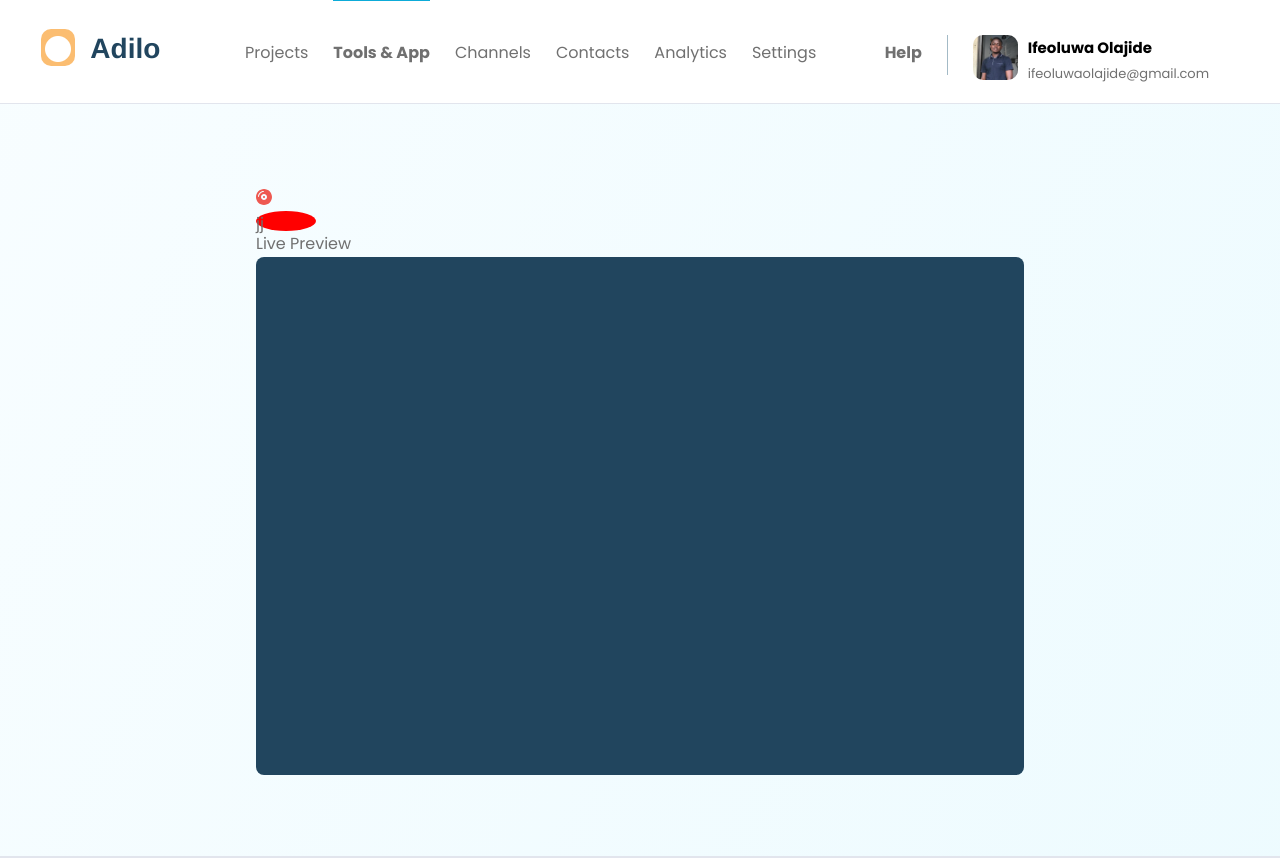
Repository: olhighjay/video_recorder
Page: /
The author's editor kept a copy of each file at every save. The page is drawn from the files as they stood at one save, then again after a run of saves.
The browser window is 1280 px wide. The pictures show the whole page.
Some web libraries are served in a nearby version. The project was rebuilt for these pictures with package versions that can differ from the ones it lists, and the page was loaded fresh each time. Also part of the build but not shown: vue.config.js, src/components/DataTable.vue, src/components/EmptyRecorded.vue.

Above is the page before, as saved 2022-07-29 11:58:06.

### public/index.html
<!DOCTYPE html>
<html lang="">
  <head>
    <meta charset="utf-8">
    <meta http-equiv="X-UA-Compatible" content="IE=edge">
    <meta name="viewport" content="width=device-width,initial-scale=1.0">
    <link rel="icon" href="<%= BASE_URL %>favicon.ico">
    <title><%= htmlWebpackPlugin.options.title %></title>
    <link rel="stylesheet" href="https://cdn.jsdelivr.net/npm/bootstrap@4.0.0/dist/css/bootstrap.min.css" integrity="sha384-Gn5384xqQ1aoWXA+058RXPxPg6fy4IWvTNh0E263XmFcJlSAwiGgFAW/dAiS6JXm" crossorigin="anonymous">
    <link rel="stylesheet" href="https://cdnjs.cloudflare.com/ajax/libs/font-awesome/6.1.2/css/all.min.css" integrity="sha512-1sCRPdkRXhBV2PBLUdRb4tMg1w2YPf37qatUFeS7zlBy7jJI8Lf4VHwWfZZfpXtYSLy85pkm9GaYVYMfw5BC1A==" crossorigin="anonymous" referrerpolicy="no-referrer" />
  </head>
  <body>
    <noscript>
      <strong>We're sorry but <%= htmlWebpackPlugin.options.title %> doesn't work properly without JavaScript enabled. Please enable it to continue.</strong>
    </noscript>
    <div id="app"></div>
    <!-- built files will be auto injected -->

    <script src="https://cdnjs.cloudflare.com/ajax/libs/font-awesome/6.1.2/js/all.min.js" integrity="sha512-8pHNiqTlsrRjVD4A/3va++W1sMbUHwWxxRPWNyVlql3T+Hgfd81Qc6FC5WMXDC+tSauxxzp1tgiAvSKFu1qIlA==" crossorigin="anonymous" referrerpolicy="no-referrer"></script>
    <script src="https://code.jquery.com/jquery-3.2.1.slim.min.js" integrity="sha384-KJ3o2DKtIkvYIK3UENzmM7KCkRr/rE9/Qpg6aAZGJwFDMVNA/GpGFF93hXpG5KkN" crossorigin="anonymous"></script>
    <script src="https://cdn.jsdelivr.net/npm/popper.js@1.12.9/dist/umd/popper.min.js" integrity="sha384-ApNbgh9B+Y1QKtv3Rn7W3mgPxhU9K/ScQsAP7hUibX39j7fakFPskvXusvfa0b4Q" crossorigin="anonymous"></script>
    <script src="https://cdn.jsdelivr.net/npm/bootstrap@4.0.0/dist/js/bootstrap.min.js" integrity="sha384-JZR6Spejh4U02d8jOt6vLEHfe/JQGiRRSQQxSfFWpi1MquVdAyjUar5+76PVCmYl" crossorigin="anonymous"></script>
  </body>
</html>

### src/App.vue
<template>
  <div>
    <navbar></navbar>
    <div id="main-flex">
      <div v-if="false" class="my-sidebar">
        <ul class="my-sidebar-items">
            <li class="sidebar-item-active"> <img src="./assets/video-player.png" alt=""> &nbsp; My Recordings</li>
            <li> <i class="fa fa-share-alt" style="color:#102346"></i> &nbsp; Requested</li>
        </ul>
      </div>
      <div v-if="false" class="my-main">
        <div class="my-main-container">
          <div><small class="breadcrumbs">Snapbyte <i class="fa fa-angle-right" style="font-weight:200"></i> My Recordings</small></div>
          <div class="subheading-tab">
            <div> <span class="my-recordings">My Recordings </span><span class="my-recordings-count">25</span> </div>
            <div>
              <button class="sub-heading-btn white-btn">
                <i class="fa fa-long-arrow-down" aria-hidden="true"></i>
                <i class="fa fa-long-arrow-up" aria-hidden="true"></i>
                By Date
              </button>
              <button class="sub-heading-btn white-btn">
                <i class="fa-solid fa-filter"></i>
                Add Filter
              </button>
              <button class="sub-heading-btn blue-btn">
                <i class="fa fa-video"></i>
                New Request
              </button>
              <button class="sub-heading-btn red-btn">
                <span class="rec">REC</span>
                Start Recording
              </button>
            </div>
          </div>

          <empty-recorded></empty-recorded>

          <data-table v-if="true"></data-table>
          <!-- Button trigger modal -->
<button type="button" class="btn btn-primary" data-toggle="modal" data-target="#recordOptions">
Launch demo modal
</button>

<!-- Modal -->
<div class="modal fade" id="recordOptions" tabindex="-1" role="dialog" aria-labelledby="recordOptions" aria-hidden="true">
<div class="modal-dialog modal-dialog-centered" role="document">
  <div class="modal-content">
    <div class="modal-header">
      <h5 class="my-modal-title">New Recording</h5>
      <button type="button" class="close" data-dismiss="modal" aria-label="Close">
        <span aria-hidden="true"><i class="fa fa-xmark"></i></span>
      </button>
    </div>
    <div class="modal-body">
      <p class="save-in">Save the recording in</p>
      <div>
        <select class="save-option">
          <Option value="" key="">Select a project</Option>
          <Option value="" key="">Project 1</Option>
          <Option value="" key="">Project 2</Option>
          <Option value="" key="">Project 3</Option>
          <Option value="" key="">Project 4</Option>
        </select>
      </div>
      <div style="margin-top: 35px;">
        <div class="record">
          <div class="record-name">Record screen</div>
          <div class="record-switch">
            <label class="switch">
              <input type="checkbox">
              <span class="slider round"></span>
            </label>
          </div>
        </div>
        <div class="record">
          <div class="record-name">Record camera</div>
          <div class="record-switch">
            <label class="switch">
              <input type="checkbox">
              <span class="slider round"></span>
            </label>
          </div>
        </div>
        <div class="record">
          <div class="record-name">Record mic</div>
          <div class="record-switch">
            <label class="switch">
              <input type="checkbox">
              <span class="slider round"></span>
            </label>
          </div>
        </div>
      </div>
    </div>
    <div class="text-center">
      <button type="button" class="start-recording-btn">Start Recording</button>
    </div>
  </div>
</div>
</div>
        </div>
      </div>
      <div class="record-page">
        <div>
          <!-- <p style="color:#637C8E"> -->
            <i class="fa fa-compact-disc" style="color:#EE5951"></i>
            <!-- <span> -->
              <div style="background-color:red; border-radius: 50%; height:20px; width:60px">jj</div>
            <!-- </span> -->
            Live Preview
          <!-- </p> -->
          <div class="view-frame">

          </div>
        </div>
      </div>
    </div>
  </div>
</template>

<script>
// import HelloWorld from './components/HelloWorld.vue'
import Navbar from './layouts/Navbar.vue'
import DataTable from '@/components/DataTable'
import EmptyRecorded from '@/components/EmptyRecorded'

export default {
  name: 'App',
  components: {
    Navbar,
    DataTable,
    EmptyRecorded
  }
}
</script>


<style>
 @import url('https://fonts.googleapis.com/css2?family=Poppins:wght@400;500;700&display=swap');

#main-flex {
  display: flex;
  width: 100%;
}

.record-page {
  background: transparent linear-gradient(117deg, #0dacd85d 0%, #eafaff5d 0%, #d3f5fe65 100%) 0% 0% no-repeat padding-box;
  width: 100%;
  padding: 81px 20%;
}
.view-frame {
  margin: 0 auto;
  max-width: 965px;
  height: 518px;
  background: #21455E 0% 0% no-repeat padding-box;
  border-radius: 8px;
}



.my-sidebar {
  flex: 0 0 240px;
  /* width: 20%; */
  /* height: 100%; */
  background-color: #ebf2f656;
  border-right: 2px solid #21455e54;
  /* border-right: 2px solid #21455E; */
  /* width:250px; */
}
.my-sidebar-items {
  list-style: none;
  padding: 20px 0;
}
.my-sidebar-items>li {
  margin : 10px 12px 10px 18px;
  padding: 7px 20px ;
}
.sidebar-item-active {
  background-color: #E2E5ED;
  border: 2px solid #0DABD838;
  border-radius: 10px;
}





.my-main {
  flex: 1;
  flex-wrap: wrap;
}
.my-main-container {
  padding: 1.5% 8.5%;
}
.subheading-tab {
  display: flex;
  justify-content: space-between;
}
.sub-heading-btn {
  padding: 3px 15px;
  border-radius: 20px;
  margin-left: 15px;
  font-size: 14px;
}
.white-btn {
  border: 1px solid #E2E5ED;
  background-color: white;
  color: #637C8E;
}
.blue-btn {
  border: none;
  background-color: #0DABD8;
  color: #fff;
}
.red-btn {
  border: none;
  background-color: #EF5350;
  color: #fff;
}
.my-recordings, .my-recordings-count {
  font-size: 24px;
  color: #000
}
.my-recordings {
  color: #000
}
.my-recordings-count {
  color: #637C8E;
  font-weight: 600;
}
.breadcrumbs {
  color:#637C8E;
}
.rec {
  color:#000;
  background-color:#fff;
  border-radius:50%;
  padding:3px 1px;
  font-size:10px;
}



.save-option {
  width:100%;
  background: #F8FAFB 0% 0% no-repeat padding-box;
  border: 1px solid #E2E5ED;
  border-radius: 8px;
  padding:8px 20px;
}
.modal-dialog {
  max-width: 400px !important;
}
.modal-content {
  padding-bottom: 30px !important;
}
.modal-body {
  padding:30px !important;
}
.my-modal-title {
  color:#000;
  font-size: 22px;
  padding-left: 14px;
}
.record {
  margin-top: 15px;
  display: flex;
  justify-content: space-between;
}
.record-name {
  color: #21455E;
  font-size: 18px;
}
.save-in {
  color:black;
  font-size:16px;
}
.start-recording-btn {
  background: #0DABD8 0% 0% no-repeat padding-box;
  border-radius: 28px;
  font-size:18px;
  padding:5px 55px;
  border: none;
  color:#fff;
}


.switch {
  position: relative;
  top: 10px;
  display: inline-block;
  width: 50px;
  height: 13px;
}

.switch input {
  opacity: 0;
  width: 0;
  height: 0;
}

.slider {
  position: absolute;
  cursor: pointer;
  top: -10px;
  left: 0;
  right: 0;
  bottom: 0;
  background-color: #ccc;
  -webkit-transition: .4s;
  transition: .4s;
}

.slider:before {
  position: absolute;
  content: "";
  height: 15px;
  width: 15px;
  left: 4px;
  bottom: 4px;
  background-color: white;
  -webkit-transition: .4s;
  transition: .4s;
}

input:checked + .slider {
  background-color: #1bd85a;
}

input:focus + .slider {
  box-shadow: 0 0 1px #1bd85a;
}

input:checked + .slider:before {
  -webkit-transform: translateX(26px);
  -ms-transform: translateX(26px);
  transform: translateX(26px);
}

/* Rounded sliders */
.slider.round {
  border-radius: 34px;
}

.slider.round:before {
  border-radius: 50%;
}


button:hover {
  cursor: pointer;
}
#app {
  font-family: Avenir, Helvetica, Arial, sans-serif;
  font: normal normal normal 14px/26px Poppins;
  -webkit-font-smoothing: antialiased;
  -moz-osx-font-smoothing: grayscale;
   /* text-align: center; */
   font-size: 16px;
  color: #707070;
  border-bottom: solid 2px #E2E5ED;
  overflow: hidden;
  /* margin-top: 60px;  */
}


</style>

### src/layouts/Navbar.vue
<template>
    <nav class="">
      <div class="nav-logo-area">
        <div class="nav-logo-area-inner">
          <div class="white-logo-wrap">
            <span class="white-logo-bkg">
            <img alt="Adilo logo" src="../assets/swarm.png">
            </span>
          </div>
          <div class="adilo">Adilo</div>
        </div>
      </div>
      <div class="nav-tab">
        <ul class="my-nav-list">
          <li><a>Projects</a></li>
          <li class="active-nav-item"> <a>Tools & App</a></li>
          <li><a>Channels</a></li>
          <li><a>Contacts</a></li>
          <li><a>Analytics</a></li>
          <li><a>Settings</a></li>
        </ul>
      </div>
      <div class="nav-profile">
        <ul class="my-nav-list">
          <li><a><b>Help</b></a></li>
        </ul>
        <div class="profile-info">
          <div class="profile-border"></div>
          <div >
            <img alt="Profile Image" src="../assets/profile.jpg" class="profile-img">
          </div>
          <div style="margin-left:10px">
            <span class="profile-name">Ifeoluwa Olajide </span>
            <p class="profile-email">ifeoluwaolajide@gmail.com</p>
          </div>
        </div>
      </div>
    </nav>
</template>
<script>
export default {
    name: 'NavbarComponent'
}
</script>
<style>
     nav {
    display: flex;
    /* height: 69px; */
    padding: 0 0.032%;
    border-bottom: solid 1px #E2E5ED;
  }

  .nav-logo-area {
    flex: 0 0 16%;
    padding-left: 3.2%;
    padding-top: 19px;
    padding-bottom: 27px;
  }
  .nav-logo-area-inner {
    display: flex;
  }
  .nav-tab {
    flex: 0 0 50%;
  }
  .nav-profile {
    flex: 0 0 34%;
    display: flex;
  }
  .my-nav-list {
    list-style: none;
    padding-top: 40px;
  }
  .my-nav-list>li {
    display: inline;
    margin-right: 25px;
    padding-top: 40px;
  }
  .my-nav-list>li>a {
    text-align: left;
    /* font: normal normal normal 18px/27px Poppins; */
    letter-spacing: 0px;
    color: #707070;
    opacity: 1
  }
  .white-logo-wrap {
    padding-top:16px;
  }
  .white-logo-bkg {
    background-color:#FBBD71;
    padding:7px 4px;
    border-radius:10px;
  }
  .adilo {
    font: normal normal bold 28px/32px Helvetica;
    font-size:28px;
    margin-left:15px;
    font-weight:bold;
    color:#21455E;
    padding-top:14px;
  }
  .profile-info {
    padding-top:35px;
    display:flex;
  }
  .active-nav-item {
    border-top: 6px solid #0DABD8;
    font-weight: 600;
  }
  .profile-border {
    border-left: 1px solid #A3BAC6;
    padding-left:25px;
    height:40px;
  }
  .profile-img {
    width:45px; height: 45px;
    border-radius:10px;
  }
  .profile-name {
    font-weight:bold;
    font-size:15px;
    color:black;
  }
  .profile-email {
    font-size:13px;
  }
</style>

Loaded but not shown: src/main.js (common file)

After the next 2 saves:
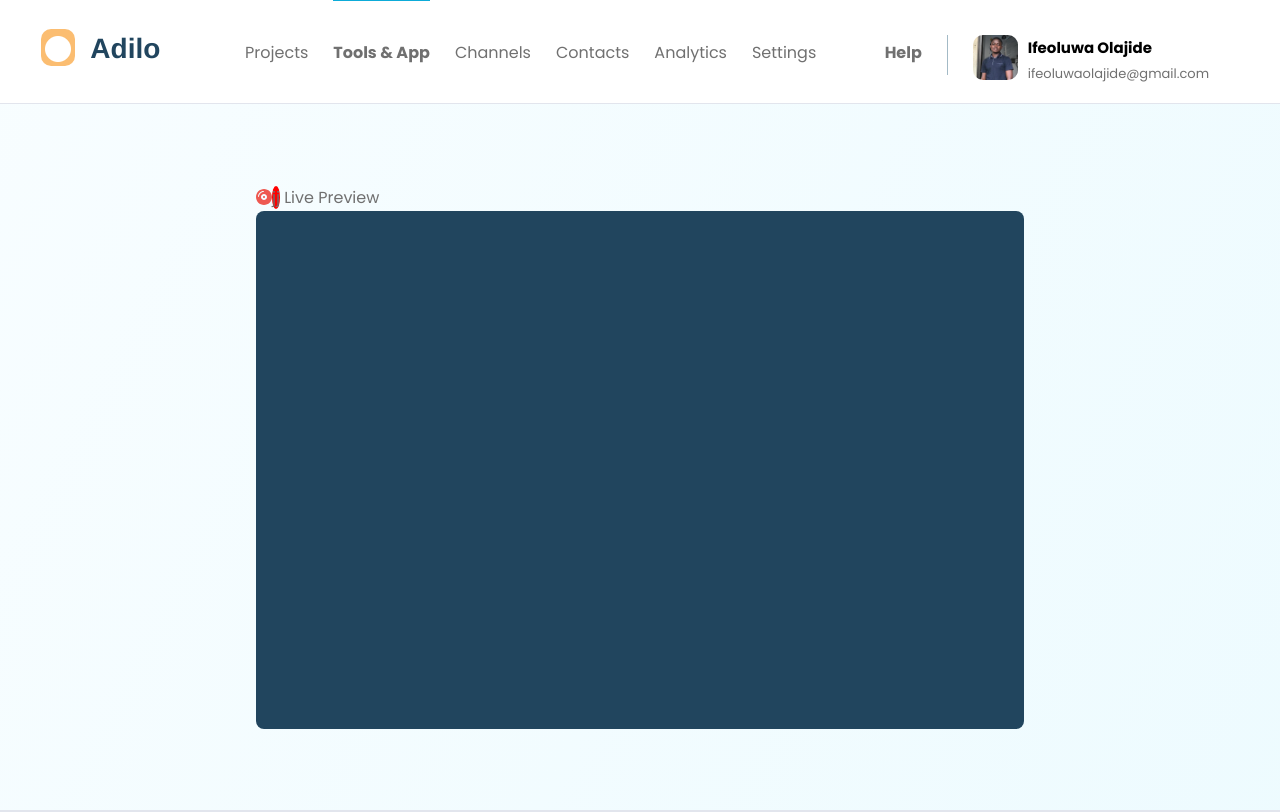
The 2 saves are shown as one change because they came seconds apart.
The last was saved 16 s later.
--- a/src/App.vue
+++ b/src/App.vue
@@ -106,7 +106,7 @@ Launch demo modal
           <!-- <p style="color:#637C8E"> -->
             <i class="fa fa-compact-disc" style="color:#EE5951"></i>
             <!-- <span> -->
-              <div style="background-color:red; border-radius: 50%; height:20px; width:60px">jj</div>
+              <span style="background-color:red; border-radius: 50%; height:20px; width:60px">jj</span>
             <!-- </span> -->
             Live Preview
           <!-- </p> -->

After the save that followed:
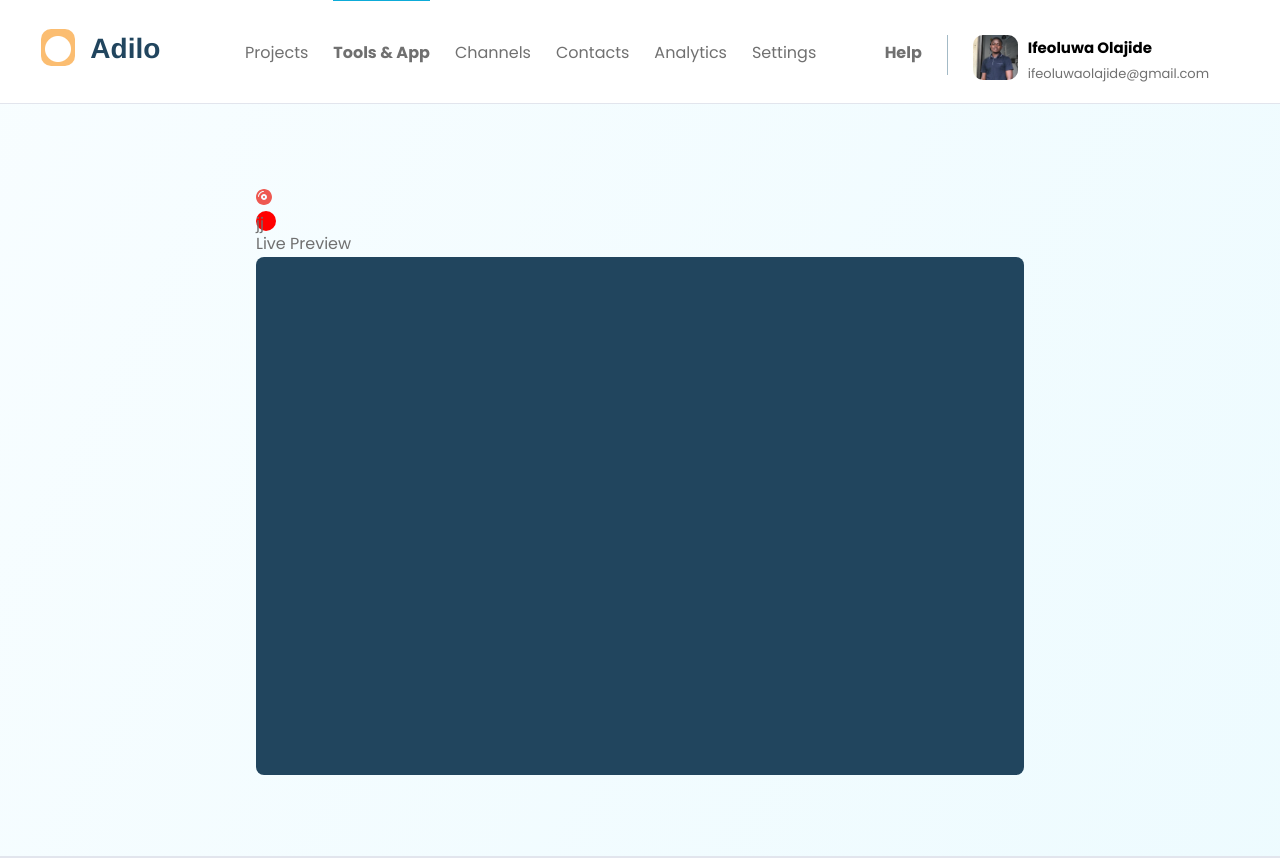
Saved 13 s later.
--- a/src/App.vue
+++ b/src/App.vue
@@ -106,7 +106,7 @@ Launch demo modal
           <!-- <p style="color:#637C8E"> -->
             <i class="fa fa-compact-disc" style="color:#EE5951"></i>
             <!-- <span> -->
-              <span style="background-color:red; border-radius: 50%; height:20px; width:60px">jj</span>
+              <div style="background-color:red; border-radius: 50%; height:20px; width:20px">jj</div>
             <!-- </span> -->
             Live Preview
           <!-- </p> -->
